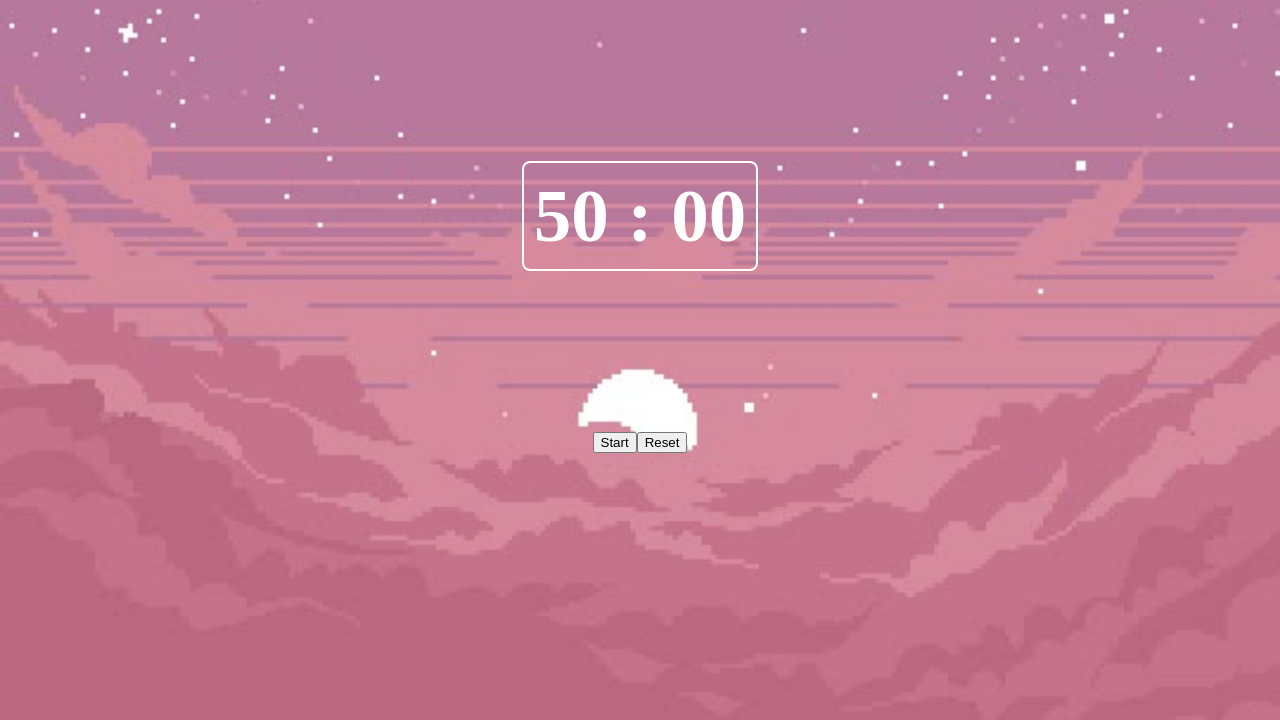
Repository: niharikapatil2306/Study-Timer
Page: index.html
The author's editor kept a copy of each file at every save. The page is drawn from the files as they stood at one save, then again after the next save.
The browser window is 1280 px wide. The pictures show the whole page.

Above is the page before, as saved 2025-02-15 15:33:11.

### index.html
<!DOCTYPE html>
<html lang="en">
<head>
    <meta charset="UTF-8">
    <meta name="viewport" content="width=device-width, initial-scale=1.0">
    <title>Study Timer</title>
    <link href="https://fonts.googleapis.com/css2?family=Press+Start+2P&display=swap" rel="stylesheet">
    <link rel="stylesheet" href="style.css" />
</head>
<body style="background-color: black;">
    <div class="container">
        <div class="timer">
            <div class="box">
                <span id="min">
                    50
                </span>
                :
                <span id="sec">
                    00
                </span>
            </div>
        </div>
        <div class="button_container">
            <button id="start">
                Start
            </button>
            <button id="reset">
                Reset
            </button>
        </div>
    </div>
    <script src="./clock.js"></script>
</body>
</html>

### style.css
body {
    margin: 0;
    padding: 0;
    background: url("./img/bg.jpeg") no-repeat center center fixed;
    background-size: cover;
}

.container{
    height: 100vh;
}

.box{
    border: 2px solid white;
    border-radius: 8px;
    padding: 10px;
}

.timer{
    height: 60vh;
    font-size: 75px;
    font-weight: 600;
    color: white;
    display: flex;
    align-items: center;
    justify-content: center;
}

.button_container{
    display: flex;
    align-items: center;
    justify-content: center;
}

/* .timer {
    font-family: 'Press Start 2P', monospace;
    font-size: 50px;
    color: ivory;
    text-rendering: optimizeSpeed;
}

.box{
    width: max-content ;
    border: 1px solid white;
}

span{
    padding: 4px;
    margin: 8px;
}

.container{
    text-align: center;
    width: 100vw;
    height: 100vh;
    display: flex;
    position: relative; */
    /* flex-direction: column;
    justify-content: center;

} */

### clock.js
let timer;
let timeLeft = 50*60 // 50 minutes
const min = document.getElementById("min");
const sec = document.getElementById("sec");
const startBtn = document.getElementById("start");
const resetBtn = document.getElementById("reset");

function updateDisplay(){
    let minutes = Math.floor(timeLeft/60);
    let seconds = timeLeft%60;
    min.textContent = minutes.toString().padStart(2, "0");
    sec.textContent = seconds.toString().padStart(2, "0");
}

startBtn.addEventListener("click", () => {
    if(!timer){
        timer = setInterval(() => {
            if(timeLeft>0){
                timeLeft--;
                updateDisplay();
            }
            else{
                clearInterval(timer);
                timer = null;
                alert("Take a break!!")
            }
        }, 1000);
    }
});

resetBtn.addEventListener("click", () => {
    clearInterval(timer);
    timer = null;
    timeLeft = 50*60;
    updateDisplay();
});

After the next save:
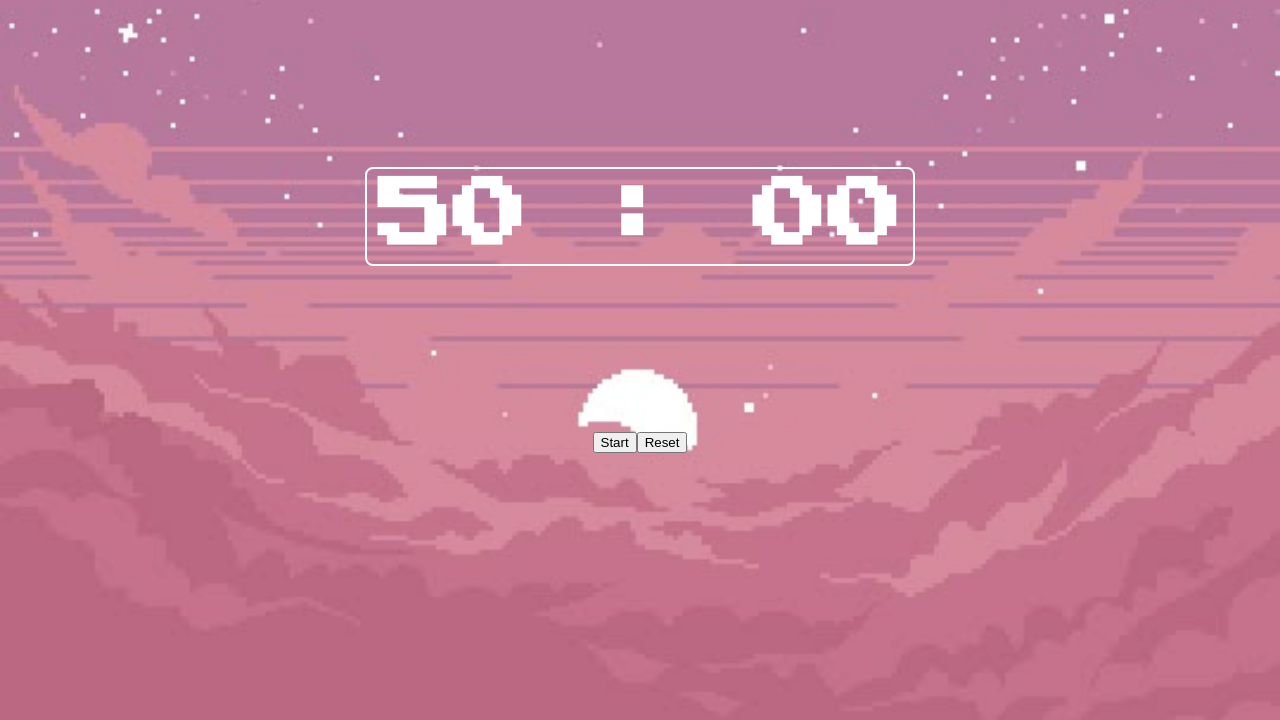
Saved 18 s later.
--- a/style.css
+++ b/style.css
@@ -16,6 +16,7 @@ body {
 }
 
 .timer{
+    font-family: 'Press Start 2P', monospace;
     height: 60vh;
     font-size: 75px;
     font-weight: 600;
@@ -32,7 +33,7 @@ body {
 }
 
 /* .timer {
-    font-family: 'Press Start 2P', monospace;
+
     font-size: 50px;
     color: ivory;
     text-rendering: optimizeSpeed;
